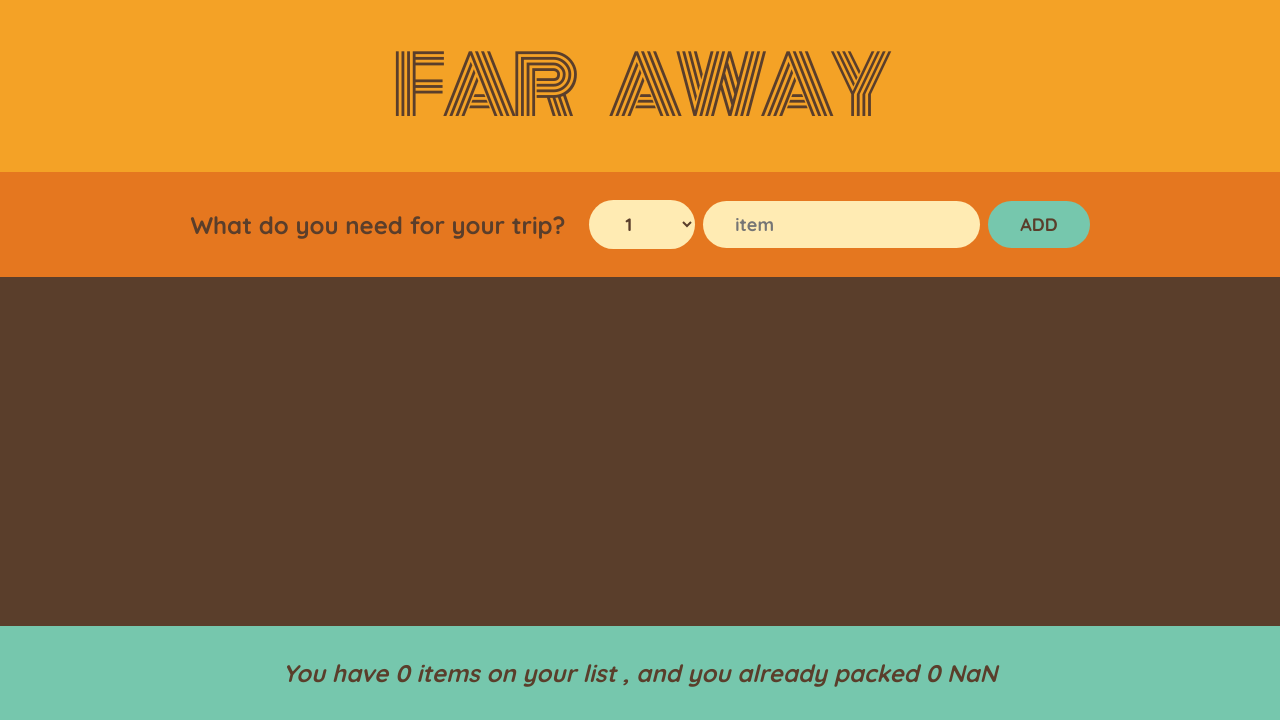
Repository: ahmedharidy/react-checklist
Page: /
An editor plug-in stored every save of this project. The page is shown before and after the next save, followed by the edit.
The browser window is 1280 px wide. The pictures show the whole page.
The project was rebuilt for these pictures with package versions that can differ from the ones it lists, and the page was loaded fresh each time.

Above is the page before, as saved 2026-10-04 19:33:40.

### src/index.js
import React from "react";
import ReactDOM from "react-dom/client";
import "./index.css";
import App from "./App";

const root = ReactDOM.createRoot(document.getElementById("root"));
root.render(
  <React.StrictMode>
    <App />
  </React.StrictMode>,
);

// If you want to start measuring performance in your app, pass a function
// to log results (for example: reportWebVitals(console.log))
// or send to an analytics endpoint. Learn more: https://bit.ly/CRA-vitals

### src/App.js
import { useState } from "react";

export default function App() {
  const [items, setItems] = useState([]);

  function handleAddItems(item) {
    setItems((items) => [...items, item]);
  }

  function handleDeleteItem(id) {
    setItems((items) => items.filter((item) => item.id !== id));
  }

  function handleToggleItem(id) {
    setItems((items) =>
      items.map((item) =>
        item.id === id ? { ...item, packed: !item.packed } : item,
      ),
    );
  }

  return (
    <div className="app">
      <Logo />
      <Form onAddItems={handleAddItems} />
      <PackingList
        onToggleItems={handleToggleItem}
        onDeleteItem={handleDeleteItem}
        items={items}
      />
      <Stats items={items} />
    </div>
  );
}

function Logo() {
  return <h1>Far Away</h1>;
}

function Form({ onAddItems }) {
  const [description, setDescription] = useState("");
  const [quantity, setquantity] = useState(1);

  function handleSubmit(e) {
    e.preventDefault();

    if (!description) return;

    const newItem = { description, quantity, packed: false, id: Date.now() };
    console.log(newItem);

    onAddItems(newItem);
    setDescription("");
    setquantity(1);
  }

  return (
    <form className="add-form" onSubmit={handleSubmit}>
      <h3>What do you need for your trip? </h3>
      <select
        value={quantity}
        onChange={(s) => setquantity(Number(s.target.value))}>
        {Array.from({ length: 20 }, (_, i) => i + 1).map((num) => (
          <option value={num} key={num}>
            {num}
          </option>
        ))}
      </select>
      <input
        type="text"
        placeholder="item"
        value={description}
        onChange={(e) => setDescription(e.target.value)}
      />
      <button>Add</button>
    </form>
  );
}
function PackingList({ items, onDeleteItem, onToggleItems }) {
  return (
    <div className="list">
      <ul>
        {items.map((item) => (
          <Item
            item={item}
            onToggleItems={onToggleItems}
            onDeleteItem={onDeleteItem}
            key={item.id}></Item>
        ))}
      </ul>
    </div>
  );
}

function Item({ item, onDeleteItem, onToggleItems }) {
  return (
    <li>
      <input
        type="checkbox"
        value={item.packed}
        onChange={() => onToggleItems(item.id)}
      />
      <span style={item.packed ? { textDecoration: "line-through" } : {}}>
        {item.quantity} {item.description}
      </span>
      <button onClick={() => onDeleteItem(item.id)}>❌</button>
    </li>
  );
}

function Stats({ items }) {
  const numItems = items.length;
  const numPacked = items.filter((item) => item.packed).length;
  const percentage = Math.round((numPacked / numItems) * 100);

  return (
    <footer className="stats">
      <em>
        You have {numItems} items on your list , and you already packed{" "}
        {numPacked} {percentage}
      </em>
    </footer>
  );
}

Loaded but not shown: public/index.html (common file); src/index.css (common file)

After the next save:
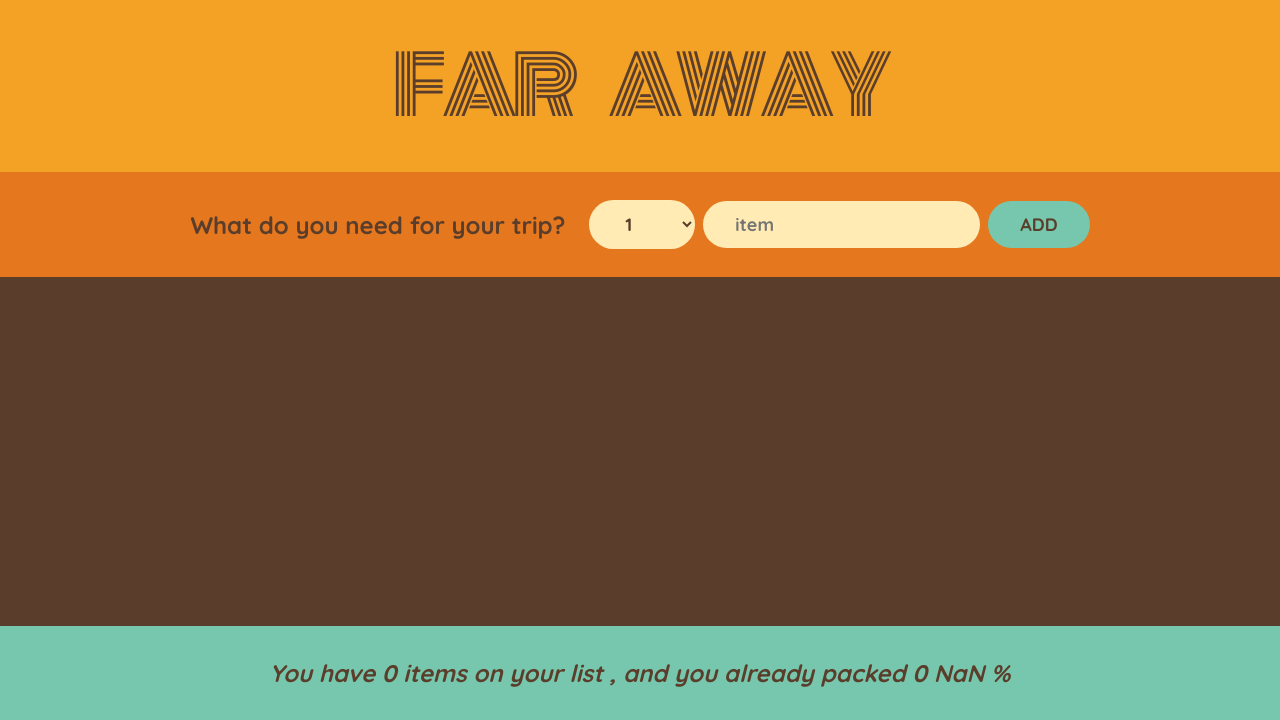
Saved 5 s later.
--- a/src/App.js
+++ b/src/App.js
@@ -117,7 +117,7 @@
     <footer className="stats">
       <em>
         You have {numItems} items on your list , and you already packed{" "}
-        {numPacked} {percentage}
+        {numPacked} {percentage} %
       </em>
     </footer>
   );
